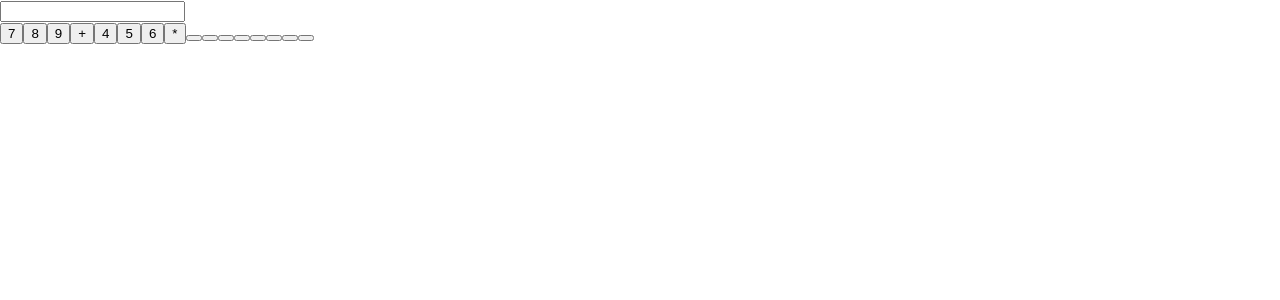
Repository: rajratangm/calculator
Page: /
An editor plug-in stored every save of this project. The page is shown before and after a run of saves, followed by the edit.
The browser window is 1280 px wide. The pictures show the whole page.
The project was rebuilt for these pictures with package versions that can differ from the ones it lists, and the page was loaded fresh each time. Also part of the build but not shown: src/App.css.

Above is the page before, as saved 2024-04-03 10:54:35.

### src/App.js
import logo from './logo.svg';
import './App.css';
import { useState } from 'react';

function App() {
  const [result, setResult]= useState('')
  return (
    <>
    <div className='container'>
      <form>
        <input type='text' value={result}/>
      </form>
      <div className='keypad'>
        <button>7</button>
        <button>8</button>
        <button>9</button>
        <button>+</button>

        <button>4</button>
        <button>5</button>
        <button>6</button>
        <button>*</button>

        <button></button>
        <button></button>
        <button></button>
        <button></button>

        <button></button>
        <button></button>
        <button></button>
        <button></button>

      </div>
    </div>

    </>
  );
}

export default App;

Loaded but not shown: public/index.html (common file); src/index.js (common file); src/index.css (common file); src/reportWebVitals.js (common file)

After the next 3 saves:
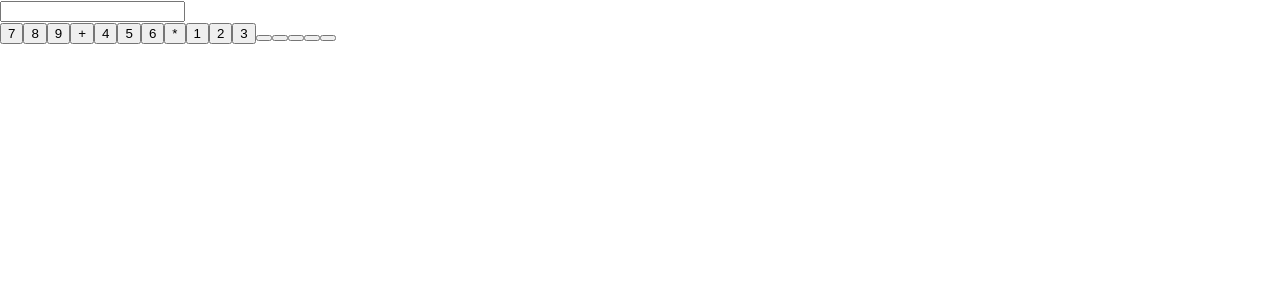
The 3 saves are shown as one change because they came seconds apart.
The last was saved 11 s later.
--- a/src/App.js
+++ b/src/App.js
@@ -21,9 +21,9 @@ function App() {
         <button>6</button>
         <button>*</button>
 
-        <button></button>
-        <button></button>
-        <button></button>
+        <button>1</button>
+        <button>2</button>
+        <button>3</button>
         <button></button>
 
         <button></button>
